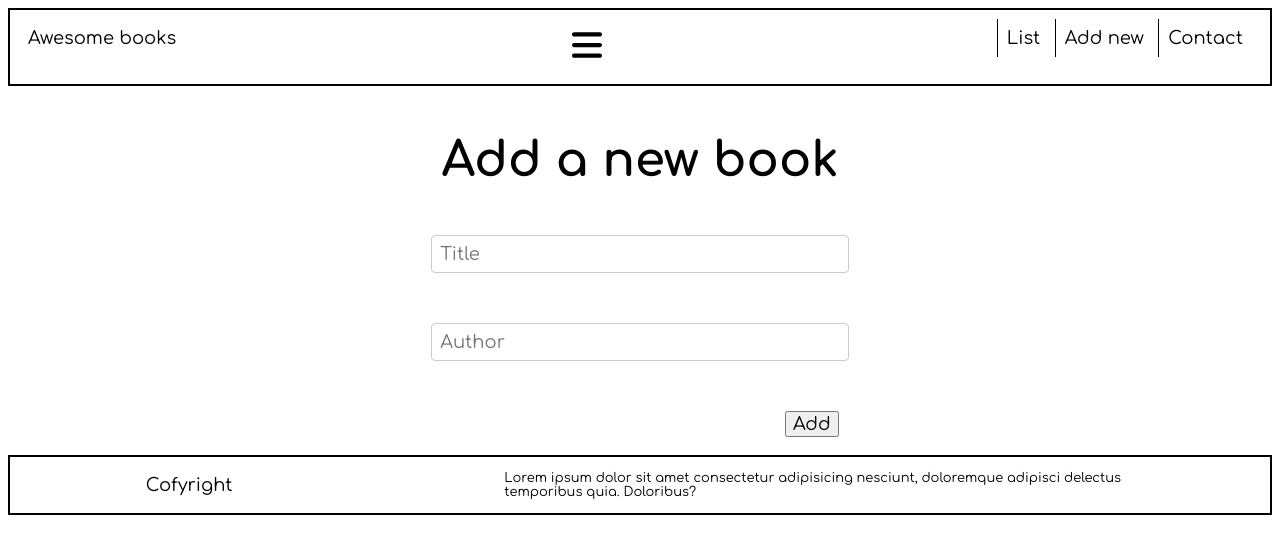
Repository: Salimer/Awesome-books
Page: index.html
These files come from the project's save history. The page is drawn as it stood at one moment and after a run of saves; the edit follows.
The browser window is 1280 px wide. The pictures show the whole page.
The style sheet was rebuilt from its Sass, Less or Tailwind sources for each picture, by a compiler version that may differ from the author's.

Above is the page before, as saved 2023-04-26 11:56:04.

### index.html
<!DOCTYPE html>
<html lang="en">
<head>
    <meta charset="UTF-8">
    <meta http-equiv="X-UA-Compatible" content="IE=edge">
    <meta name="viewport" content="width=device-width, initial-scale=1.0">
    <link rel="stylesheet" href="style.css">
    <link rel="preconnect" href="https://fonts.gstatic.com" crossorigin>
    <link href="https://fonts.googleapis.com/css2?family=Anton&family=Caveat:wght@400;500;600;700&family=Comfortaa:wght@300;400;500;600;700&family=Lato:wght@100;300;400;700;900&display=swap" rel="stylesheet">
    <title>Document</title>
</head>
<body>
    <header id="header">
        <a href="#">Awesome books</a>
        <div class="hamburger"><img src="Assets/nav.svg" alt="navigation"></div>
        <div class="dropdown-nav-menu">
            <a id="list-nav" class="nav-item" href="#">List</a>
            <a id="add-new-nav" class="nav-item" href="#">Add new</a>
            <a id="contact-nav" class="nav-item" href="#">Contact</a>
        </div>
    </header>
    <main>
        <section class="view-books hide">
            <h1>All Awesome books</h1>
            <article class="books">

            </article>
        </section>
        <section class="add-book-form">
            <form id="form">
                <article class="new-book">
                    <h1>Add a new book</h3>
                    <div class="input">
                        <input id="new-title" name="title" placeholder="Title"><br><br>
                        <input id="new-author" name="author" placeholder="Author"><br><br>
                    </div>
                    <button id="add-book" type="submit">Add</button>
                </article>
            </form>
        </section>
        <section class="new-contact-info hide">
            <div id="time">March 19th 2021, 9:25:32 am</div>
            <h1>Contact information</h1>
            <p class="contact-text">Do have any questions or you just want to say "Hello"?<br>You can reach out to us!</p>
            <ul class="contact-details">
                <li>Our e-mail: mail@mail.com</li>
                <li>Our phone number: 0043586534422</li>
                <li>Our address: Streetname 22, 84503 City, Country</li>
            </ul>
        </section>
    </main>
    <footer id="footer">
        <p>Cofyright</p>
        <p>Lorem ipsum dolor sit amet consectetur adipisicing  nesciunt, doloremque adipisci delectus temporibus quia. Doloribus?</p>
    </footer>

    <script src="script.js"></script>
</body>
</html>

### script.js
// Define page navigation
const listNav = document.querySelector('#list-nav');
const addNewNav = document.querySelector('#add-new-nav');
const contactNav = document.querySelector('#contact-nav');

// Define page sections
const viewBooksSection = document.querySelector('.view-books');
const addBookFormSection = document.querySelector('.add-book-form');
const newContactSection = document.querySelector('.new-contact-info');

/* Add event listeners */
// List event listener
listNav.addEventListener('click', () => {
  viewBooksSection.classList.remove('hide');
  addBookFormSection.classList.add('hide');
  newContactSection.classList.add('hide')
});

// New book event listener
addNewNav.addEventListener('click', () => {
  viewBooksSection.classList.add('hide');
  addBookFormSection.classList.remove('hide');
  newContactSection.classList.add('hide')
});

// Contact section event listener
contactNav.addEventListener('click', () => {
  viewBooksSection.classList.add('hide');
  addBookFormSection.classList.add('hide');
  newContactSection.classList.remove('hide')
});

/* eslint-disable max-classes-per-file */
class Book {
  constructor(title, author) {
    this.id = Date.now().toString(); // Generate unique ID based on timestamp
    this.title = title;
    this.author = author;
  }
}
/* eslint-disable max-classes-per-file */

class BooksCollection {
  constructor() {
    this.books = [];
  }

  addBook(title, author) {
    if (title === '' || author === '') {
      // eslint-disable-next-line no-alert
      alert('Please fill both fields');
    } else {
      const newBook = new Book(title, author);
      this.books.push(newBook);
    }
  }

  removeBook(id) {
    this.books = this.books.filter((book) => book.id !== id);
  }

  viewBooks() {
    // Remove all existing book elements from the container
    const container = document.querySelector('.books');
    while (container.firstChild) {
      container.removeChild(container.firstChild);
    }

    // Update books
    this.books.forEach((book) => {
      // Create the container div
      const bookInfo = document.createElement('div');
      bookInfo.className = 'book-info';
      bookInfo.innerHTML = `<p><span class="book-title">"${book.title}"</span> by <span class="book-author"> ${book.author}</span></p>`;

      // Create and append the button
      const button = document.createElement('button');
      button.className = 'remove-book';
      button.type = 'button';
      button.textContent = 'Remove';
      button.dataset.id = book.id; // Set the book ID as a data attribute
      bookInfo.appendChild(button);

      // Add event listener to remove button
      button.addEventListener('click', (event) => {
        const { id } = event.target.dataset;
        this.removeBook(id);
        this.viewBooks();
      });

      // Append the container div to the html
      container.appendChild(bookInfo);
    });

    // Update local storage
    this.saveBooks();
  }

  saveBooks() {
    localStorage.setItem('books', JSON.stringify(this.books));
  }

  loadBooks() {
    this.books = JSON.parse(localStorage.getItem('books')) || [];
  }

  init() {
    this.loadBooks();
    this.viewBooks();

    // Adding new book
    const addBookBtn = document.querySelector('#add-book');
    addBookBtn.addEventListener('click', () => {
      const form = document.getElementById('form');
      const title = document.querySelector('#new-title').value;
      const author = document.querySelector('#new-author').value;
      this.addBook(title, author);
      this.viewBooks();
      form.reset();
    });
  }
}

const booksCollection = new BooksCollection();
booksCollection.init();

### style.scss
* {
  font-family: 'Comfortaa', sans-serif;
  font-size: large;
}

h1 {
  align-self: center;
  font-weight: 700;
  font-size: xxx-large;
}

.hide {
  display: none !important;
}

#header {
  display: flex;
  justify-content: space-between;
  border: 2px solid black;
  padding: 1rem 1rem;

  a {
    text-decoration: none;
    color: black;
  }

  img {
    width: 30px;
  }

  .nav-item {
    padding: 0.5rem;
    border-left: 1px solid black;
  }
}

.view-books {
  display: flex;
  flex-direction: column;

  article {
    border: 2px solid black;
  }

  .book-info {
    display: flex;
    justify-content: space-between;
    padding: 0 1rem;

    &:nth-child(odd) {
      background-color: #ddd;
    }

    p {
      font-weight: 900;
    }

    button {
      margin: 8px 0;
      box-shadow: 6px 5px 5px 3px black;
      cursor: pointer;
    }
  }
}

#form {
  display: flex;
  flex-direction: column;
  align-items: center;

  .new-book {
    display: flex;
    flex-direction: column;
    align-items: center;

    .input {
      display: flex;
      flex-direction: column;
      align-items: center;

      input {
        padding: 8px;
        margin-bottom: 10px;
        border: 1px solid #ccc;
        border-radius: 4px;
        width: 170%;

        &:last-child {
          margin-bottom: 20px;
        }
      }
    }

    button {
      margin-left: auto;
    }
  }
}

.new-contact-info {
  display: flex;
  flex-direction: column;
  align-items: center;
  line-height: 1.6rem;

  #time {
    padding: 1rem;
    align-self: flex-end;
  }

  .contact-text {
    padding: 1rem 0;
  }
}

#footer {
  display: flex;
  justify-content: space-around;
  align-items: center;
  border: 2px solid black;
  margin-top: 1rem;

  p + p {
    font-size: small;
    width: 50%;
  }
}

After the next 2 saves:
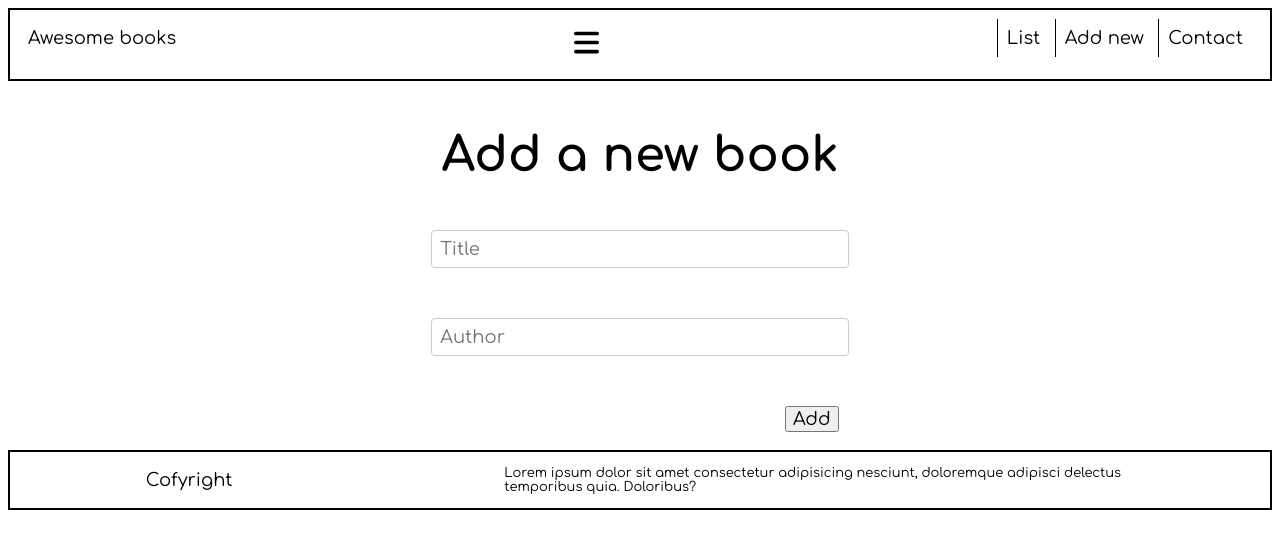
The 2 saves are shown as one change because they came seconds apart.
The last was saved 14 s later.
--- a/style.scss
+++ b/style.scss
@@ -25,7 +25,7 @@
   }
 
   img {
-    width: 30px;
+    width: 25px;
   }
 
   .nav-item {

After the save that followed:
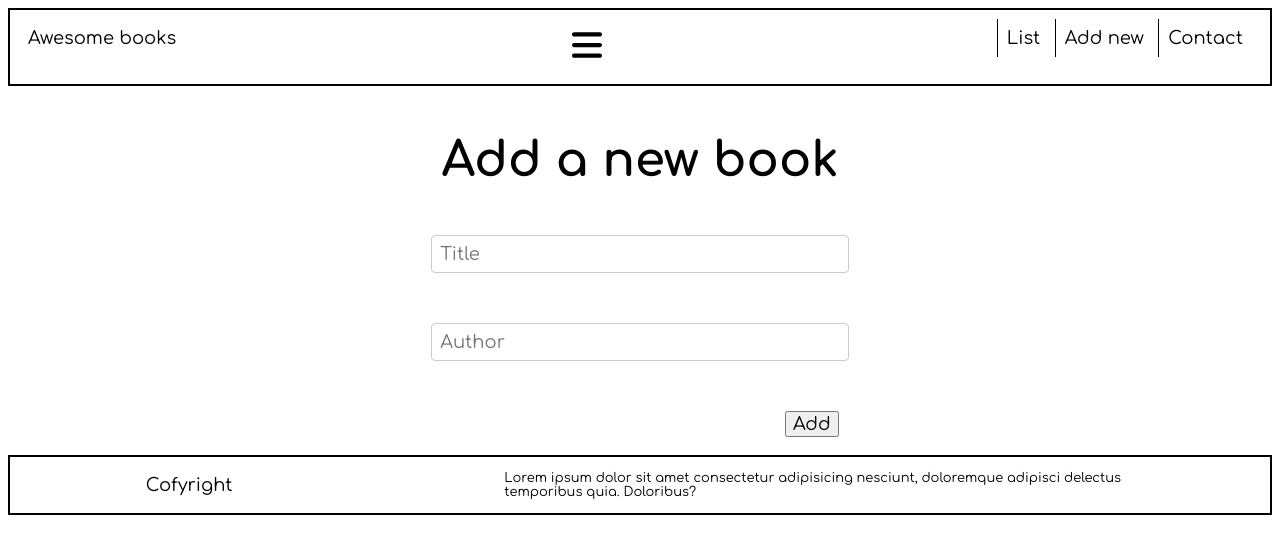
Saved 5 s later.
--- a/style.scss
+++ b/style.scss
@@ -25,7 +25,7 @@
   }
 
   img {
-    width: 25px;
+    width: 30px;
   }
 
   .nav-item {
